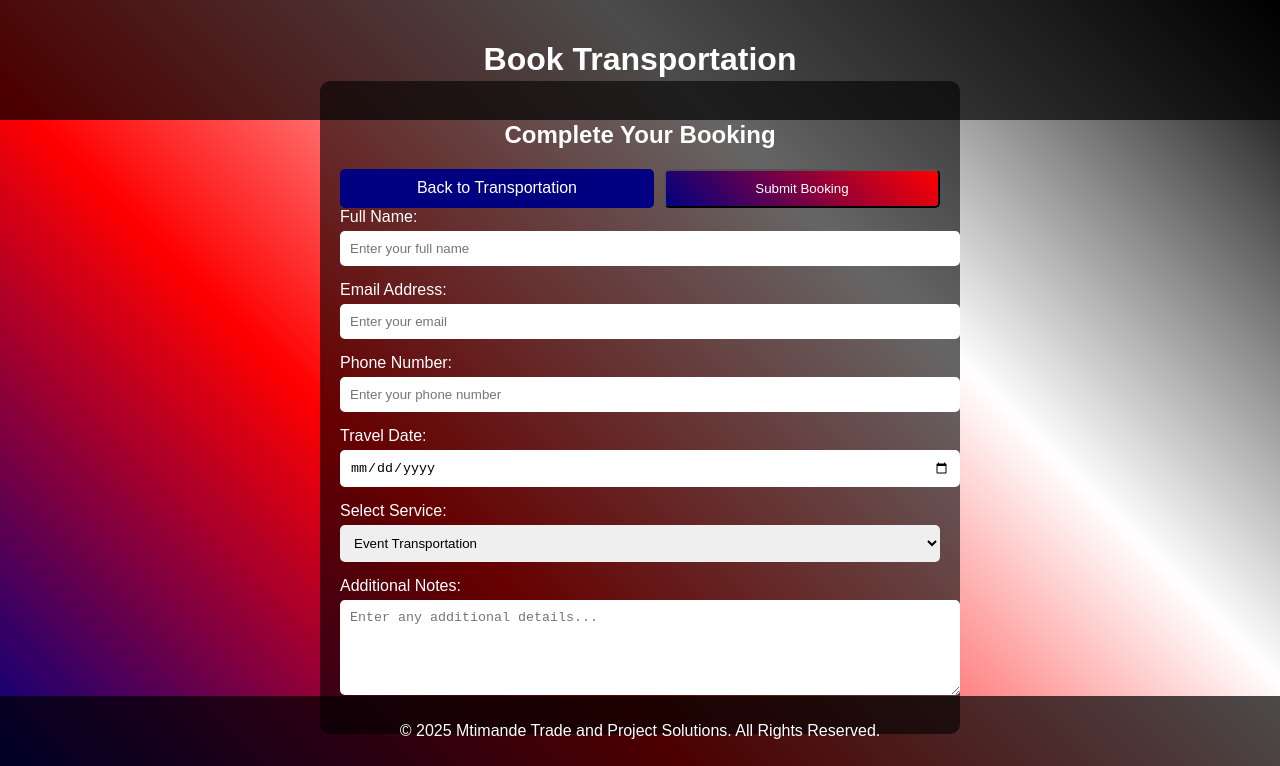
Repository: asandan8106/Mtimande-website
Page: booking.html
These files come from the project's save history. The page is drawn as it stood at one moment and after the next save; the edit follows.
The browser window is 1280 px wide. The pictures show the whole page.

Above is the page before, as saved 2025-03-28 14:22:33.

### booking.html
<!DOCTYPE html>
<html lang="en">
<head>
    <meta charset="UTF-8">
    <meta name="viewport" content="width=device-width, initial-scale=1.0">
    <title>Book Transportation - Mtimande</title>
    <link rel="stylesheet" href="styles/booking.css">
</head>
<body>
    <header>
        <h1>Book Transportation</h1>
    </header>
    <main>
        <section class="booking-form">
            <h2>Complete Your Booking</h2>

            <!-- Flex container for buttons -->
            <div class="buttons-container">
                <!-- Back Button -->
                <a href="transportation.html" class="btn back-btn">Back to Transportation</a>

                <!-- Submit Button -->
                <button type="submit" class="btn submit-btn">Submit Booking</button>
            </div>

            <form action="submit-booking.php" method="POST">
                <label for="name">Full Name:</label>
                <input type="text" id="name" name="name" required placeholder="Enter your full name">

                <label for="email">Email Address:</label>
                <input type="email" id="email" name="email" required placeholder="Enter your email">

                <label for="phone">Phone Number:</label>
                <input type="tel" id="phone" name="phone" required placeholder="Enter your phone number">

                <label for="date">Travel Date:</label>
                <input type="date" id="date" name="date" required>

                <label for="service">Select Service:</label>
                <select id="service" name="service">
                    <option value="event">Event Transportation</option>
                    <option value="airport">Airport Transfers</option>
                    <option value="corporate">Corporate Shuttle Services</option>
                    <option value="group">Group Travel Solutions</option>
                    <option value="abnormal">Abnormal Loads</option>
                    <option value="plant">Plant Hire</option>
                </select>

                <label for="message">Additional Notes:</label>
                <textarea id="message" name="message" rows="5" placeholder="Enter any additional details..."></textarea>
            </form>
        </section>
    </main>
    <footer>
        <p>&copy; 2025 Mtimande Trade and Project Solutions. All Rights Reserved.</p>
    </footer>
</body>
</html>

### styles/booking.css
/* booking.css */
body {
    background: linear-gradient(45deg, navy, red, white, black); /* Gradient of navy, red, white, and black */
    font-family: Arial, sans-serif;
    color: white;
    margin: 0;
    padding: 0;
}

/* Header styling */
header {
    text-align: center;
    padding: 20px;
    background-color: rgba(0, 0, 0, 0.7); /* Black with opacity */
}

header h1 {
    color: white;
}

/* Main content styling */
main {
    display: flex;
    justify-content: center;
    align-items: center;
    height: 80vh;
}

.booking-form {
    background-color: rgba(0, 0, 0, 0.6); /* Black with opacity */
    padding: 20px;
    border-radius: 10px;
    width: 60%;
    max-width: 600px;
}

.booking-form h2 {
    color: white;
    text-align: center;
}

.booking-form label {
    display: block;
    margin-bottom: 5px;
    color: white;
}

.booking-form input,
.booking-form select,
.booking-form textarea {
    width: 100%;
    padding: 10px;
    margin-bottom: 15px;
    border-radius: 5px;
    border: none;
}

/* Flex container for buttons */
.buttons-container {
    display: flex;
    justify-content: space-between; /* Space out buttons */
    gap: 10px; /* Adds space between buttons */
}

/* Back Button */
.back-btn {
    background-color: navy; /* Navy color */
    color: white;
    padding: 10px 20px;
    border-radius: 5px;
    text-align: center;
    text-decoration: none;
    width: 48%; /* Adjust width to make space for the other button */
}

.back-btn:hover {
    background-color: red; /* Red on hover */
}

/* Submit Button */
.submit-btn {
    background: linear-gradient(45deg, navy, red); /* Harmonious gradient of navy and red */
    color: white;
    padding: 10px 20px;
    border-radius: 5px;
    cursor: pointer;
    width: 48%; /* Adjust width to make space for the other button */
}

.submit-btn:hover {
    background-color: black; /* Black on hover for a bold look */
}

/* Footer styling */
footer {
    text-align: center;
    padding: 10px;
    background-color: rgba(0, 0, 0, 0.7); /* Black with opacity */
}

footer p {
    color: white;
}

After the next save:
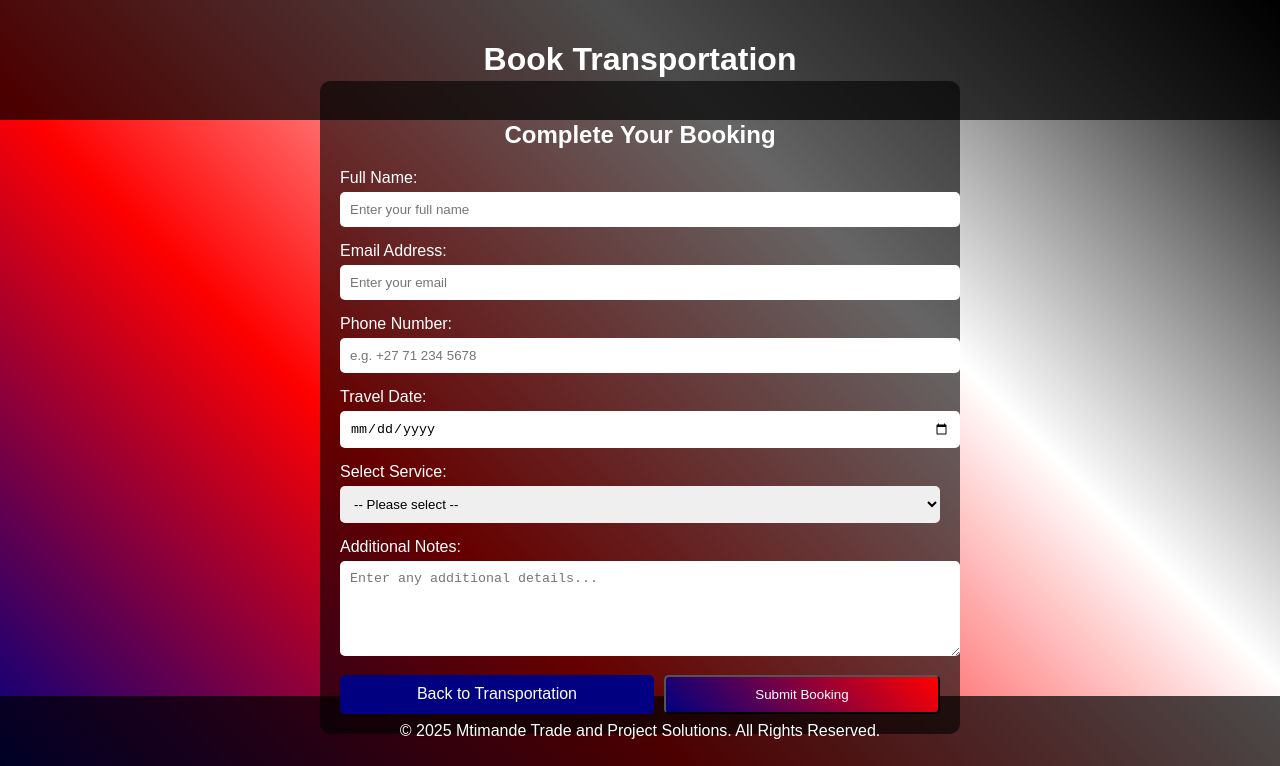
Saved 46 days later.
--- a/booking.html
+++ b/booking.html
@@ -5,52 +5,65 @@
     <meta name="viewport" content="width=device-width, initial-scale=1.0">
     <title>Book Transportation - Mtimande</title>
     <link rel="stylesheet" href="styles/booking.css">
+    <meta name="description" content="Book your transportation service with Mtimande Trade and Project Solutions. Event transport, airport transfers, and more.">
+    <link rel="icon" type="image/png" href="images/favicon.png">
 </head>
 <body>
     <header>
         <h1>Book Transportation</h1>
     </header>
+
     <main>
         <section class="booking-form">
             <h2>Complete Your Booking</h2>
 
-            <!-- Flex container for buttons -->
-            <div class="buttons-container">
-                <!-- Back Button -->
-                <a href="transportation.html" class="btn back-btn">Back to Transportation</a>
+            <form action="submit-booking.php" method="POST">
+                <div class="form-group">
+                    <label for="name">Full Name:</label>
+                    <input type="text" id="name" name="name" required placeholder="Enter your full name">
+                </div>
 
-                <!-- Submit Button -->
-                <button type="submit" class="btn submit-btn">Submit Booking</button>
-            </div>
+                <div class="form-group">
+                    <label for="email">Email Address:</label>
+                    <input type="email" id="email" name="email" required placeholder="Enter your email">
+                </div>
 
-            <form action="submit-booking.php" method="POST">
-                <label for="name">Full Name:</label>
-                <input type="text" id="name" name="name" required placeholder="Enter your full name">
+                <div class="form-group">
+                    <label for="phone">Phone Number:</label>
+                    <input type="tel" id="phone" name="phone" required pattern="[0-9+ ]{10,15}" placeholder="e.g. +27 71 234 5678">
+                </div>
 
-                <label for="email">Email Address:</label>
-                <input type="email" id="email" name="email" required placeholder="Enter your email">
+                <div class="form-group">
+                    <label for="date">Travel Date:</label>
+                    <input type="date" id="date" name="date" required min="<?= date('Y-m-d') ?>">
+                </div>
 
-                <label for="phone">Phone Number:</label>
-                <input type="tel" id="phone" name="phone" required placeholder="Enter your phone number">
+                <div class="form-group">
+                    <label for="service">Select Service:</label>
+                    <select id="service" name="service" required>
+                        <option value="">-- Please select --</option>
+                        <option value="event">Event Transportation</option>
+                        <option value="airport">Airport Transfers</option>
+                        <option value="corporate">Corporate Shuttle Services</option>
+                        <option value="group">Group Travel Solutions</option>
+                        <option value="abnormal">Abnormal Loads</option>
+                        <option value="plant">Plant Hire</option>
+                    </select>
+                </div>
 
-                <label for="date">Travel Date:</label>
-                <input type="date" id="date" name="date" required>
+                <div class="form-group">
+                    <label for="message">Additional Notes:</label>
+                    <textarea id="message" name="message" rows="5" placeholder="Enter any additional details..."></textarea>
+                </div>
 
-                <label for="service">Select Service:</label>
-                <select id="service" name="service">
-                    <option value="event">Event Transportation</option>
-                    <option value="airport">Airport Transfers</option>
-                    <option value="corporate">Corporate Shuttle Services</option>
-                    <option value="group">Group Travel Solutions</option>
-                    <option value="abnormal">Abnormal Loads</option>
-                    <option value="plant">Plant Hire</option>
-                </select>
-
-                <label for="message">Additional Notes:</label>
-                <textarea id="message" name="message" rows="5" placeholder="Enter any additional details..."></textarea>
+                <div class="buttons-container">
+                    <a href="transportation.html" class="btn back-btn">Back to Transportation</a>
+                    <button type="submit" class="btn submit-btn">Submit Booking</button>
+                </div>
             </form>
         </section>
     </main>
+
     <footer>
         <p>&copy; 2025 Mtimande Trade and Project Solutions. All Rights Reserved.</p>
     </footer>
